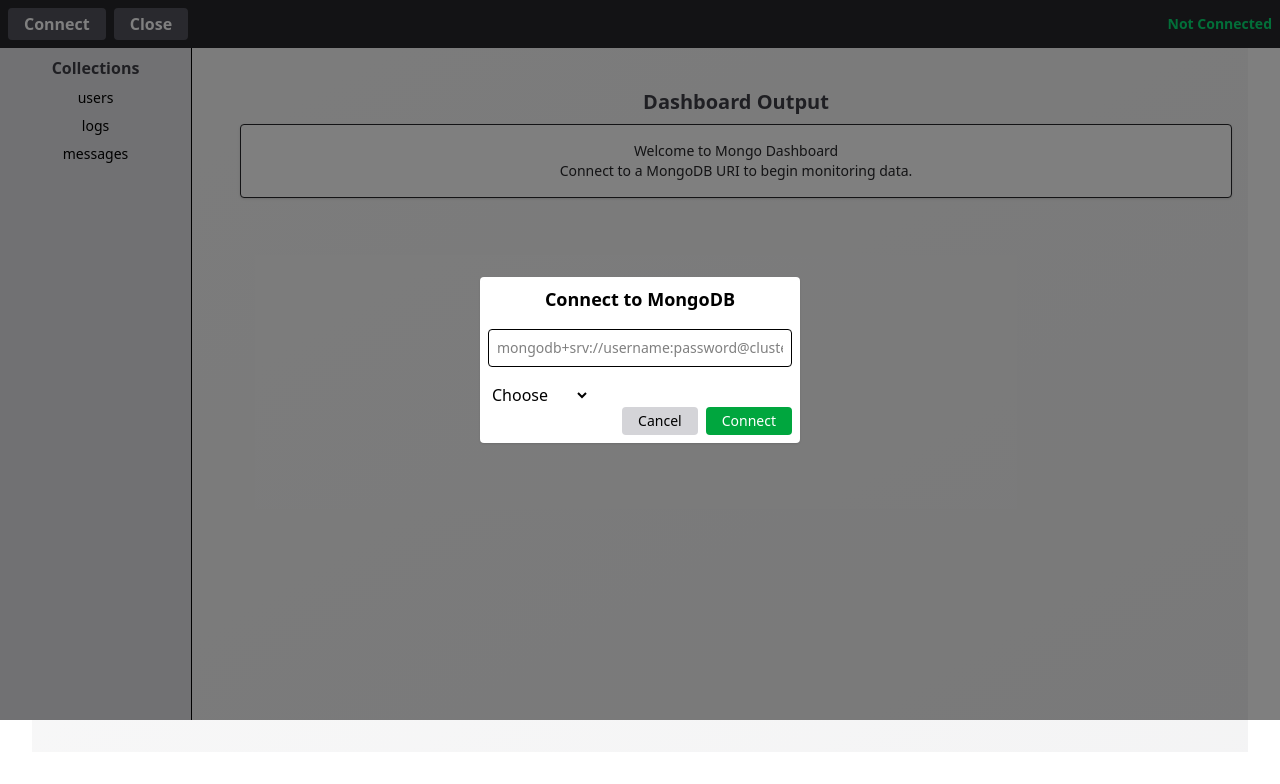
Repository: aryan151pratap/Dashboard
Page: / (app in frontened/), after clicking the first element matching `button.capitalize`
An editor plug-in stored every save of this project. The page is shown before and after the next save, followed by the edit.
The browser window is 1280 px wide. The pictures show the whole page.
The project was rebuilt for these pictures with package versions that can differ from the ones it lists, and the page was loaded fresh each time. Also part of the build but not shown: frontened/vite.config.js.

Above is the page before, as saved 2025-06-24 13:28:41.

### frontened/index.html
<!doctype html>
<html lang="en">
  <head>
    <meta charset="UTF-8" />
    <link rel="icon" type="image/svg+xml" href="/vite.svg" />
    <meta name="viewport" content="width=device-width, initial-scale=1.0" />
    <title>Dashboard</title>
    <script src="https://cdn.jsdelivr.net/npm/@tailwindcss/browser@4"></script>

  </head>
  <body>
    <div id="root"></div>
    <script type="module" src="/src/main.jsx"></script>
  </body>
</html>

### frontened/src/App.jsx
import { useState } from 'react'
import './App.css'
import Dashboard from './component/dashboard'

function App() {

  return (
    <>
    <div className='h-screen w-full'>
      <Dashboard/>
    </div>
    </>
  )
}

export default App

### frontened/src/component/dashboard.jsx
import Bar from "./bar";

function Dashboard(){
	return(
		<>
		<div className="h-full w-full bg-gradient-to-br from-zinc-50 to-zinc-100">
			<Bar/>
		</div>
		</>
	)
}

export default Dashboard;

### frontened/src/component/bar.jsx
import { useState } from "react";
import Connect from "./connect";

function Bar() {
  const [buttons] = useState(["connect", "close"]);
  const [showModal, setShowModal] = useState(false);
  const [uri, setUri] = useState("");
  const [connected, setConnected] = useState(false);

  return (
    <>
		{/* Top Navbar */}
		<div className="w-full fixed top-0 left-0 flex justify-between items-center p-2 bg-zinc-800 text-white z-10">
			<div className="flex gap-2">
			{buttons.map((i, index) => (
				<button
				key={index}
				onClick={() => i === "connect" && setShowModal(true)}
				className="capitalize font-semibold bg-zinc-600 px-4 py-1 rounded hover:bg-zinc-700"
				>
				{i}
				</button>
			))}
			</div>
			<p className="font-semibold text-green-400 text-sm">
			{connected ? "Connected" : "Not Connected"}
			</p>
		</div>

		{/* Sidebar */}
		<div className="h-screen pt-12 w-48 bg-zinc-200 fixed left-0 top-0 border-r">
			<p className="text-center font-bold p-2 text-zinc-700">Collections</p>
			<ul className="px-4 text-sm space-y-2">
				<li className="hover:underline cursor-pointer">users</li>
				<li className="hover:underline cursor-pointer">logs</li>
				<li className="hover:underline cursor-pointer">messages</li>
			</ul>
		</div>

		{/* Main Content */}
		<div className="ml-48 pt-14 p-4">
			<h1 className="text-xl font-bold mb-2 text-zinc-700">Dashboard Output</h1>
			<div className="bg-white p-4 border rounded shadow text-sm text-zinc-800">
			<p>Welcome to Mongo Dashboard</p>
			<p>Connect to a MongoDB URI to begin monitoring data.</p>
			</div>
		</div>

		{/* Connect Modal */}
		{showModal && (
			<Connect
				uri={uri}
				setUri={setUri}
				setConnected={setConnected}
				setShowModal={setShowModal}
			/>
		)}
    </>
  );
}

export default Bar;

### frontened/src/component/connect.jsx
function Connect({ uri, setUri, setConnected, setShowModal }){
	const mongoURIs = [
		{
			label: "Cluster 0",
			value: "mongodb+srv://admin:pass@cluster0.mongodb.net"
		},
		{
			label: "Cluster 1",
			value: "mongodb+srv://devuser:pass@cluster1.mongodb.net"
		},
		{
			label: "IoT Cluster",
			value: "mongodb+srv://iotuser:pass@iotcluster.mongodb.net"
		},
		{
			label: "Localhost",
			value: "mongodb://localhost:27017"
		}
	];

	return(
		<>
		<div className="fixed inset-0 bg-black/50 flex justify-center items-center z-20">
			<div className="bg-white p-2 rounded w-full max-w-xs shadow">
				<h2 className="text-lg font-semibold mb-4">Connect to MongoDB</h2>
				<input
					type="text"
					placeholder="mongodb+srv://username:password@cluster.mongodb.net"
					value={uri}
					onChange={(e) => setUri(e.target.value)}
					className="border w-full p-2 mb-4 rounded text-sm"
				/>

				<div className="flex w-[50%]">
					<select name="" id="" className="outline-none">
						<option value="">Choose</option>
						{mongoURIs.map((item, index) => (
							<option key={index} value={item.value}>
							{item.label}
							</option>
						))}
					</select>
				</div>
				<div className="flex justify-end gap-2">
					<button
						onClick={() => setShowModal(false)}
						className="px-4 py-1 text-sm bg-zinc-300 hover:bg-zinc-400 rounded"
					>
						Cancel
					</button>
					<button
						onClick={() => {
							setConnected(true); // Simulate connection
							setShowModal(false);
						}}
						className="px-4 py-1 text-sm bg-green-600 text-white hover:bg-green-700 rounded"
					>
						Connect
					</button>
				</div>
			</div>
		</div>
		</>
	)
}

export default Connect;

Loaded but not shown: frontened/src/main.jsx (common file); frontened/src/App.css (common file)

After the next save:
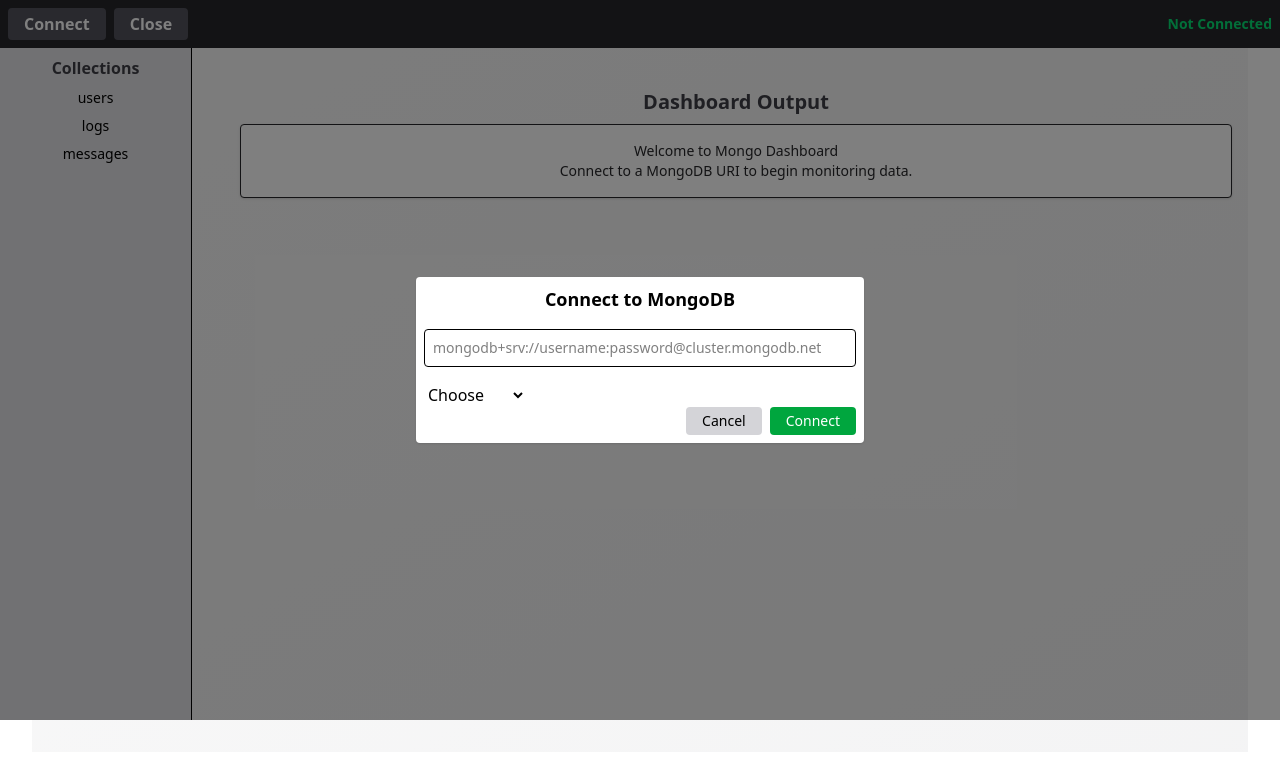
Saved 12 s later.
--- a/frontened/src/component/connect.jsx
+++ b/frontened/src/component/connect.jsx
@@ -21,7 +21,7 @@
 	return(
 		<>
 		<div className="fixed inset-0 bg-black/50 flex justify-center items-center z-20">
-			<div className="bg-white p-2 rounded w-full max-w-xs shadow">
+			<div className="bg-white p-2 rounded w-full max-w-xs sm:max-w-md shadow">
 				<h2 className="text-lg font-semibold mb-4">Connect to MongoDB</h2>
 				<input
 					type="text"
